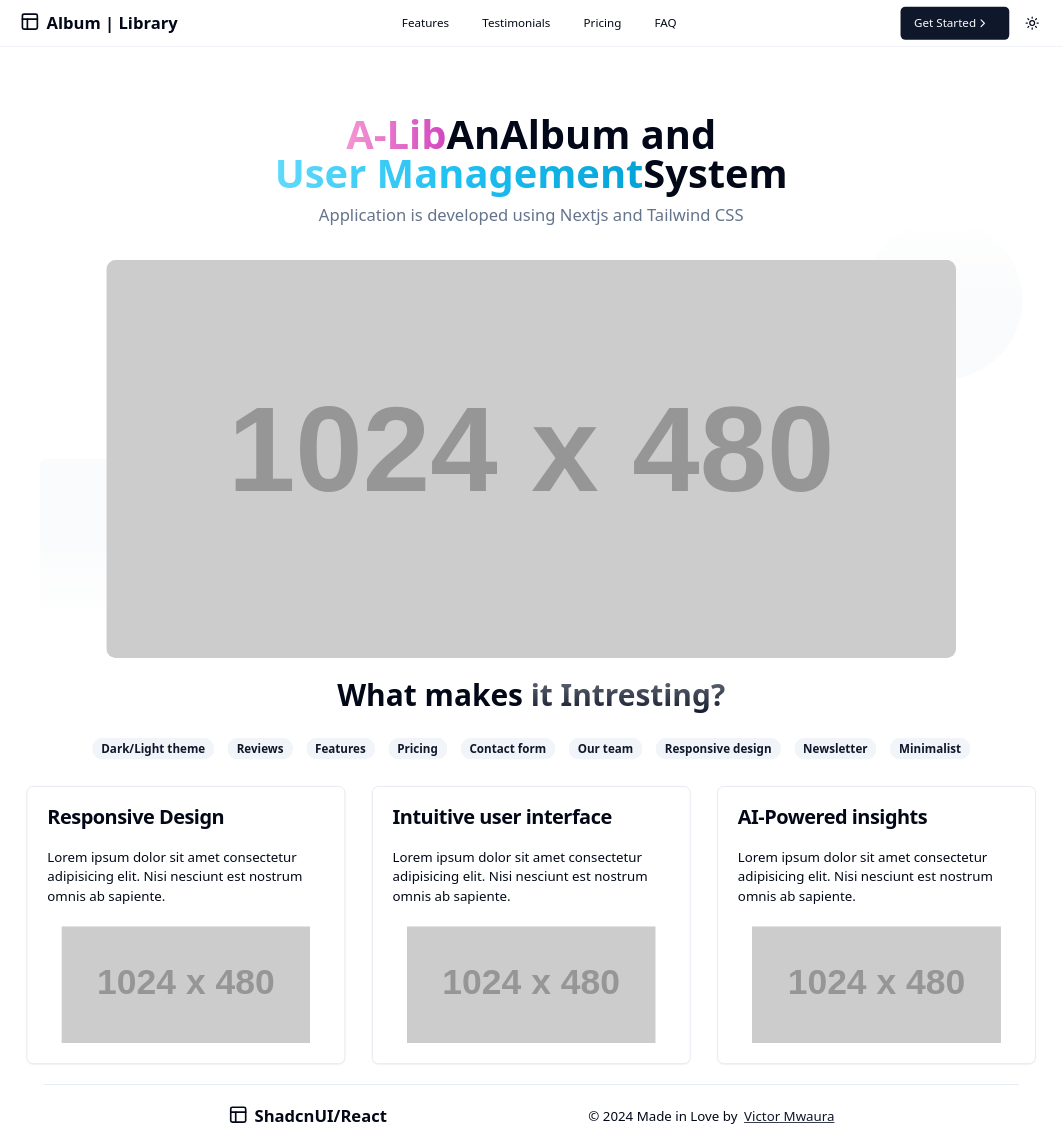
Repository: DevLaukey/savannah-informatics-test
Page: /
An editor plug-in stored every save of this project. The page is shown before and after the next save, followed by the edit.
The browser window is 1280 px wide. The pictures show the whole page, at 83% of full size.
The project was rebuilt for these pictures with package versions that can differ from the ones it lists, and the page was loaded fresh each time. The framework's server and built-in components were replaced by stand-ins that run in the browser. Also part of the build but not shown: next.config.mjs.

Above is the page before, as saved 2024-06-04 22:37:30.

### app/layout.jsx
import "./globals.css";
import { Inter as FontSans } from "next/font/google";

import { cn } from "@/lib/utils";
import { ThemeProvider } from "@/lib/theme-provider";

const fontSans = FontSans({
  subsets: ["latin"],
  variable: "--font-sans",
});

export default function RootLayout({ children }) {
  return (
    <html lang="en" suppressHydrationWarning>
      <head />
      <body
        className={cn(
          "min-h-screen bg-background font-sans antialiased",
          fontSans.variable
        )}
      >
        <ThemeProvider
          attribute="class"
          defaultTheme="system"
          enableSystem
          disableTransitionOnChange
        >
          {children}
        </ThemeProvider>
      </body>
    </html>
  );
}

### app/page.jsx
import Footer from "@/components/Footer";
import About from "@/components/landing-page/About";
import Hero from "@/components/landing-page/Hero";
import Navbar from "@/components/Navbar";
import ScrollToTop from "@/components/ScrollToTop";


// this is the landing page
export default function Home() {
  return (
    <>
      <Navbar />
      <Hero />
      <About />
      <Footer />
      <ScrollToTop />
    </>
  );
}

### components/Footer.jsx
import { LogoIcon } from "./Icons";

export const Footer = () => {
  return (
    <footer id="footer">
      <hr className="w-11/12 mx-auto" />

      <section className="container flex py-6 text-center items-center justify-evenly">
        <div className="col-span-full xl:col-span-2">
          <a
            rel="noreferrer noopener"
            href="/"
            className="font-bold text-xl flex"
          >
            <LogoIcon />
            ShadcnUI/React
          </a>
        </div>
        <h3>
          &copy; {new Date().getFullYear()} Made in Love by
          <a
            rel="noreferrer noopener"
            target="_blank"
            href="https://github.com/DevLaukey"
            className="text-primary ml-2 underline transition-all border-primary hover:border-b-2"
          >
            Victor Mwaura
          </a>
        </h3>
      </section>
    </footer>
  );
};

export default Footer;

### components/landing-page/About.jsx
import { Badge } from "@/components/ui/badge";
import {
  Card,
  CardContent,
  CardFooter,
  CardHeader,
  CardTitle,
} from "@/components/ui/card";

const features = [
  {
    title: "Responsive Design",
    description:
      "Lorem ipsum dolor sit amet consectetur adipisicing elit. Nisi nesciunt est nostrum omnis ab sapiente.",
    image: "https://placehold.co/1024x480",
  },
  {
    title: "Intuitive user interface",
    description:
      "Lorem ipsum dolor sit amet consectetur adipisicing elit. Nisi nesciunt est nostrum omnis ab sapiente.",
    image: "https://placehold.co/1024x480",
  },
  {
    title: "AI-Powered insights",
    description:
      "Lorem ipsum dolor sit amet consectetur adipisicing elit. Nisi nesciunt est nostrum omnis ab sapiente.",
    image: "https://placehold.co/1024x480",
  },
];

const featureList = [
  "Dark/Light theme",
  "Reviews",
  "Features",
  "Pricing",
  "Contact form",
  "Our team",
  "Responsive design",
  "Newsletter",
  "Minimalist",
];

export const About = () => {
  return (
    <section id="features" className="container py-4 sm:py-6 space-y-8">
      <h2 className="text-3xl lg:text-4xl font-bold md:text-center">

        What makes {""}
        <span className="bg-gradient-to-b from-primary/60 to-primary text-transparent bg-clip-text">
          it Intresting?
        </span>
      </h2>

      <div className="flex flex-wrap md:justify-center gap-4">
        {featureList.map((feature) => (
          <div key={feature}>
            <Badge variant="secondary" className="text-sm">
              {feature}
            </Badge>
          </div>
        ))}
      </div>

      <div className="grid md:grid-cols-2 lg:grid-cols-3 gap-8">
        {features.map(({ title, description, image }) => (
          <Card key={title}>
            <CardHeader>
              <CardTitle>{title}</CardTitle>
            </CardHeader>

            <CardContent>{description}</CardContent>

            <CardFooter>
              <img
                src={image}
                alt="About feature"
                className="w-[200px] lg:w-[300px] mx-auto"
              />
            </CardFooter>
          </Card>
        ))}
      </div>
    </section>
  );
};

export default About;

### components/landing-page/Hero.jsx
const Hero = () => {
  return (
    <>
      {/* Hero */}
      <div className="relative overflow-hidden pt-14 lg:pt-20">
        <div className="container">
          <div className="max-w-2xl text-center mx-auto">
            <main className="text-3xl md:text-5xl font-bold">
              <h1 className="inline-block">
                <span className="inline bg-gradient-to-r from-[#F596D3] to-[#D247BF] text-transparent bg-clip-text">
                  A-Lib
                </span>
                An
              </h1>
              Album and
              <h2 className="inline-block">
                <span className="inline bg-gradient-to-r from-[#61DAFB] via-[#1fc0f1] to-[#03a3d7] text-transparent bg-clip-text">
                  User Management
                </span>
                System
              </h2>
            </main>

            <p className="mt-3 text-xl text-muted-foreground">
              Application is developed using Nextjs and Tailwind CSS
            </p>
          </div>
          <div className="mt-10 relative max-w-5xl mx-auto">
            <img
              src="https://placehold.co/1024x480"
              className="rounded-xl"
              alt="Image Description"
            />
            <div className="absolute bottom-12 -start-20 -z-[1] w-48 h-48 bg-gradient-to-b from-primary-foreground via-primary-foreground to-background p-px rounded-lg">
              <div className="w-48 h-48 rounded-lg bg-background/10" />
            </div>
            <div className="absolute -top-12 -end-20 -z-[1] w-48 h-48 bg-gradient-to-t from-primary-foreground via-primary-foreground to-background p-px rounded-full">
              <div className="w-48 h-48 rounded-full bg-background/10" />
            </div>
          </div>
        </div>
      </div>
      {/* End Hero */}
    </>
  );
};

export default Hero;

### components/Navbar.jsx
"use client";
import React, { useState } from "react";
import {
  NavigationMenu,
  NavigationMenuItem,
  NavigationMenuList,
} from "@/components/ui/navigation-menu";
import {
  Sheet,
  SheetContent,
  SheetHeader,
  SheetTitle,
  SheetTrigger,
} from "@/components/ui/sheet";
import { Button, buttonVariants } from "./ui/button";
import { ChevronRight, Menu } from "lucide-react";
import ModeToggle from "./mode-toggle";
import { LogoIcon } from "./Icons";

const routeList = [
  {
    href: "#features",
    label: "Features",
  },
  {
    href: "#testimonials",
    label: "Testimonials",
  },
  {
    href: "#pricing",
    label: "Pricing",
  },
  {
    href: "#faq",
    label: "FAQ",
  },
];

const Navbar = () => {
  const [isOpen, setIsOpen] = useState(false);
  return (
    <header className="sticky border-b-[1px] top-0 z-40 w-full bg-white dark:border-b-slate-700 dark:bg-background">
      <NavigationMenu className="mx-auto">
        <NavigationMenuList className="container h-14 px-4 w-screen flex justify-between">
          <NavigationMenuItem className="font-bold flex">
            <a
              rel="noreferrer noopener"
              href="/"
              className="ml-2 font-bold text-xl flex"
            >
              <LogoIcon />
              Album | Library
            </a>
          </NavigationMenuItem>

          {/* mobile */}
          <span className="flex md:hidden">
            <ModeToggle />

            <Sheet open={isOpen} onOpenChange={setIsOpen}>
              <SheetTrigger className="px-2">
                <Menu
                  className="flex md:hidden h-5 w-5"
                  onClick={() => setIsOpen(true)}
                >
                  <span className="sr-only">Menu Icon</span>
                </Menu>
              </SheetTrigger>

              <SheetContent side={"left"}>
                <SheetHeader>
                  <SheetTitle className="font-bold text-xl">
                    Shadcn/React
                  </SheetTitle>
                </SheetHeader>
                <nav className="flex flex-col justify-center items-center gap-2 mt-4">
                  {routeList.map(({ href, label }) => (
                    <a
                      rel="noreferrer noopener"
                      key={label}
                      href={href}
                      onClick={() => setIsOpen(false)}
                      className={buttonVariants({ variant: "ghost" })}
                    >
                      {label}
                    </a>
                  ))}
                  <Button>
                    Get Started
                    <ChevronRight className="mr-2 h-4 w-4" />
                  </Button>
                </nav>
              </SheetContent>
            </Sheet>
          </span>

          {/* desktop */}
          <nav className="hidden md:flex gap-2">
            {routeList.map((route, i) => (
              <a
                rel="noreferrer noopener"
                href={route.href}
                key={i}
                className={`text-[17px] ${buttonVariants({
                  variant: "ghost",
                })}`}
              >
                {route.label}
              </a>
            ))}
          </nav>

          <div className="hidden md:flex gap-2">
            <Button>
              Get Started
              <ChevronRight className="mr-2 h-4 w-4" />
            </Button>
            <ModeToggle />
          </div>
        </NavigationMenuList>
      </NavigationMenu>
    </header>
  );
};
export default Navbar;

### components/ScrollToTop.jsx
"use client";
import { useState, useEffect } from "react";
import { Button } from "./ui/button";
import { ArrowUpToLine } from "lucide-react";

const ScrollToTop = () => {
  const [showTopBtn, setShowTopBtn] = useState(false);

  useEffect(() => {
    const handleScroll = () => {
      if (window.scrollY > 400) {
        setShowTopBtn(true);
      } else {
        setShowTopBtn(false);
      }
    };

    window.addEventListener("scroll", handleScroll);

    return () => {
      window.removeEventListener("scroll", handleScroll);
    };
  }, []);

  const goToTop = () => {
    window.scroll({
      top: 0,
      left: 0,
      behavior: "smooth", // Smooth scrolling added for better user experience
    });
  };

  return (
    <>
      {showTopBtn && (
        <Button
          onClick={goToTop}
          className="fixed bottom-4 right-4 opacity-90 shadow-md"
          size="icon"
        >
          <ArrowUpToLine className="h-4 w-4" />
        </Button>
      )}
    </>
  );
};

export default ScrollToTop;

### components/Icons.jsx
export const LogoIcon = () => {
  return (
    <svg
      xmlns="http://www.w3.org/2000/svg"
      viewBox="0 0 24 24"
      fill="none"
      stroke="currentColor"
      strokeWidth="2"
      strokeLinecap="round"
      strokeLinejoin="round"
      className="lucide lucide-panels-top-left mr-2 w-6 h-6"
    >
      <rect width="18" height="18" x="3" y="3" rx="2" />
      <path d="M3 9h18" />
      <path d="M9 21V9" />
    </svg>
  );
};

### components/ui/badge.jsx
import * as React from "react"
import { cva } from "class-variance-authority";

import { cn } from "@/lib/utils"

const badgeVariants = cva(
  "inline-flex items-center rounded-full border px-2.5 py-0.5 text-xs font-semibold transition-colors focus:outline-none focus:ring-2 focus:ring-ring focus:ring-offset-2",
  {
    variants: {
      variant: {
        default:
          "border-transparent bg-primary text-primary-foreground hover:bg-primary/80",
        secondary:
          "border-transparent bg-secondary text-secondary-foreground hover:bg-secondary/80",
        destructive:
          "border-transparent bg-destructive text-destructive-foreground hover:bg-destructive/80",
        outline: "text-foreground",
      },
    },
    defaultVariants: {
      variant: "default",
    },
  }
)

function Badge({
  className,
  variant,
  ...props
}) {
  return (<div className={cn(badgeVariants({ variant }), className)} {...props} />);
}

export { Badge, badgeVariants }

### components/ui/card.jsx
import * as React from "react"

import { cn } from "@/lib/utils"

const Card = React.forwardRef(({ className, ...props }, ref) => (
  <div
    ref={ref}
    className={cn("rounded-lg border bg-card text-card-foreground shadow-sm", className)}
    {...props} />
))
Card.displayName = "Card"

const CardHeader = React.forwardRef(({ className, ...props }, ref) => (
  <div
    ref={ref}
    className={cn("flex flex-col space-y-1.5 p-6", className)}
    {...props} />
))
CardHeader.displayName = "CardHeader"

const CardTitle = React.forwardRef(({ className, ...props }, ref) => (
  <h3
    ref={ref}
    className={cn("text-2xl font-semibold leading-none tracking-tight", className)}
    {...props} />
))
CardTitle.displayName = "CardTitle"

const CardDescription = React.forwardRef(({ className, ...props }, ref) => (
  <p
    ref={ref}
    className={cn("text-sm text-muted-foreground", className)}
    {...props} />
))
CardDescription.displayName = "CardDescription"

const CardContent = React.forwardRef(({ className, ...props }, ref) => (
  <div ref={ref} className={cn("p-6 pt-0", className)} {...props} />
))
CardContent.displayName = "CardContent"

const CardFooter = React.forwardRef(({ className, ...props }, ref) => (
  <div
    ref={ref}
    className={cn("flex items-center p-6 pt-0", className)}
    {...props} />
))
CardFooter.displayName = "CardFooter"

export { Card, CardHeader, CardFooter, CardTitle, CardDescription, CardContent }

### components/ui/sheet.jsx
"use client";
import * as React from "react"
import * as SheetPrimitive from "@radix-ui/react-dialog"
import { cva } from "class-variance-authority";
import { X } from "lucide-react"

import { cn } from "@/lib/utils"

const Sheet = SheetPrimitive.Root

const SheetTrigger = SheetPrimitive.Trigger

const SheetClose = SheetPrimitive.Close

const SheetPortal = SheetPrimitive.Portal

const SheetOverlay = React.forwardRef(({ className, ...props }, ref) => (
  <SheetPrimitive.Overlay
    className={cn(
      "fixed inset-0 z-50 bg-black/80  data-[state=open]:animate-in data-[state=closed]:animate-out data-[state=closed]:fade-out-0 data-[state=open]:fade-in-0",
      className
    )}
    {...props}
    ref={ref} />
))
SheetOverlay.displayName = SheetPrimitive.Overlay.displayName

const sheetVariants = cva(
  "fixed z-50 gap-4 bg-background p-6 shadow-lg transition ease-in-out data-[state=open]:animate-in data-[state=closed]:animate-out data-[state=closed]:duration-300 data-[state=open]:duration-500",
  {
    variants: {
      side: {
        top: "inset-x-0 top-0 border-b data-[state=closed]:slide-out-to-top data-[state=open]:slide-in-from-top",
        bottom:
          "inset-x-0 bottom-0 border-t data-[state=closed]:slide-out-to-bottom data-[state=open]:slide-in-from-bottom",
        left: "inset-y-0 left-0 h-full w-3/4 border-r data-[state=closed]:slide-out-to-left data-[state=open]:slide-in-from-left sm:max-w-sm",
        right:
          "inset-y-0 right-0 h-full w-3/4  border-l data-[state=closed]:slide-out-to-right data-[state=open]:slide-in-from-right sm:max-w-sm",
      },
    },
    defaultVariants: {
      side: "right",
    },
  }
)

const SheetContent = React.forwardRef(({ side = "right", className, children, ...props }, ref) => (
  <SheetPortal>
    <SheetOverlay />
    <SheetPrimitive.Content ref={ref} className={cn(sheetVariants({ side }), className)} {...props}>
      {children}
      <SheetPrimitive.Close
        className="absolute right-4 top-4 rounded-sm opacity-70 ring-offset-background transition-opacity hover:opacity-100 focus:outline-none focus:ring-2 focus:ring-ring focus:ring-offset-2 disabled:pointer-events-none data-[state=open]:bg-secondary">
        <X className="h-4 w-4" />
        <span className="sr-only">Close</span>
      </SheetPrimitive.Close>
    </SheetPrimitive.Content>
  </SheetPortal>
))
SheetContent.displayName = SheetPrimitive.Content.displayName

const SheetHeader = ({
  className,
  ...props
}) => (
  <div
    className={cn("flex flex-col space-y-2 text-center sm:text-left", className)}
    {...props} />
)
SheetHeader.displayName = "SheetHeader"

const SheetFooter = ({
  className,
  ...props
}) => (
  <div
    className={cn("flex flex-col-reverse sm:flex-row sm:justify-end sm:space-x-2", className)}
    {...props} />
)
SheetFooter.displayName = "SheetFooter"

const SheetTitle = React.forwardRef(({ className, ...props }, ref) => (
  <SheetPrimitive.Title
    ref={ref}
    className={cn("text-lg font-semibold text-foreground", className)}
    {...props} />
))
SheetTitle.displayName = SheetPrimitive.Title.displayName

const SheetDescription = React.forwardRef(({ className, ...props }, ref) => (
  <SheetPrimitive.Description
    ref={ref}
    className={cn("text-sm text-muted-foreground", className)}
    {...props} />
))
SheetDescription.displayName = SheetPrimitive.Description.displayName

export {
  Sheet,
  SheetPortal,
  SheetOverlay,
  SheetTrigger,
  SheetClose,
  SheetContent,
  SheetHeader,
  SheetFooter,
  SheetTitle,
  SheetDescription,
}

### components/ui/button.jsx
import * as React from "react"
import { Slot } from "@radix-ui/react-slot"
import { cva } from "class-variance-authority";

import { cn } from "@/lib/utils"

const buttonVariants = cva(
  "inline-flex items-center justify-center whitespace-nowrap rounded-md text-sm font-medium ring-offset-background transition-colors focus-visible:outline-none focus-visible:ring-2 focus-visible:ring-ring focus-visible:ring-offset-2 disabled:pointer-events-none disabled:opacity-50",
  {
    variants: {
      variant: {
        default: "bg-primary text-primary-foreground hover:bg-primary/90",
        destructive:
          "bg-destructive text-destructive-foreground hover:bg-destructive/90",
        outline:
          "border border-input bg-background hover:bg-accent hover:text-accent-foreground",
        secondary:
          "bg-secondary text-secondary-foreground hover:bg-secondary/80",
        ghost: "hover:bg-accent hover:text-accent-foreground",
        link: "text-primary underline-offset-4 hover:underline",
      },
      size: {
        default: "h-10 px-4 py-2",
        sm: "h-9 rounded-md px-3",
        lg: "h-11 rounded-md px-8",
        icon: "h-10 w-10",
      },
    },
    defaultVariants: {
      variant: "default",
      size: "default",
    },
  }
)

const Button = React.forwardRef(({ className, variant, size, asChild = false, ...props }, ref) => {
  const Comp = asChild ? Slot : "button"
  return (
    (<Comp
      className={cn(buttonVariants({ variant, size, className }))}
      ref={ref}
      {...props} />)
  );
})
Button.displayName = "Button"

export { Button, buttonVariants }

### components/mode-toggle.jsx
import React from "react";
import { Button } from "@/components/ui/button";
import {
  DropdownMenu,
  DropdownMenuContent,
  DropdownMenuItem,
  DropdownMenuTrigger,
} from "@/components/ui/dropdown-menu";
import { useTheme } from "@/lib/theme-provider";
import { Moon, Sun } from "lucide-react";

export default function ModeToggle() {
  const { setTheme } = useTheme();

  return (
    <DropdownMenu>
      <DropdownMenuTrigger asChild>
        <Button variant="ghost" size="icon" className="ghost">
          <Sun className="h-[1.1rem] w-[1.2rem] rotate-0 scale-100 transition-all dark:-rotate-90 dark:scale-0" />
          <Moon className="absolute h-[1.1rem] w-[1.2rem] rotate-90 scale-0 transition-all dark:rotate-0 dark:scale-100" />
          <span className="sr-only">Toggle theme</span>
        </Button>
      </DropdownMenuTrigger>
      <DropdownMenuContent align="end">
        <DropdownMenuItem onClick={() => setTheme("light")}>
          Light
        </DropdownMenuItem>
        <DropdownMenuItem onClick={() => setTheme("dark")}>
          Dark
        </DropdownMenuItem>
        <DropdownMenuItem onClick={() => setTheme("system")}>
          System
        </DropdownMenuItem>
      </DropdownMenuContent>
    </DropdownMenu>
  );
}

Loaded but not shown: app/globals.css (common file); lib/utils.js (common file); tailwind.config.js (82 lines, source omitted); lib/theme-provider.js (60 lines, source omitted); components/ui/dropdown-menu.jsx (157 lines, source omitted); components/ui/navigation-menu.jsx (104 lines, source omitted)

After the next save:
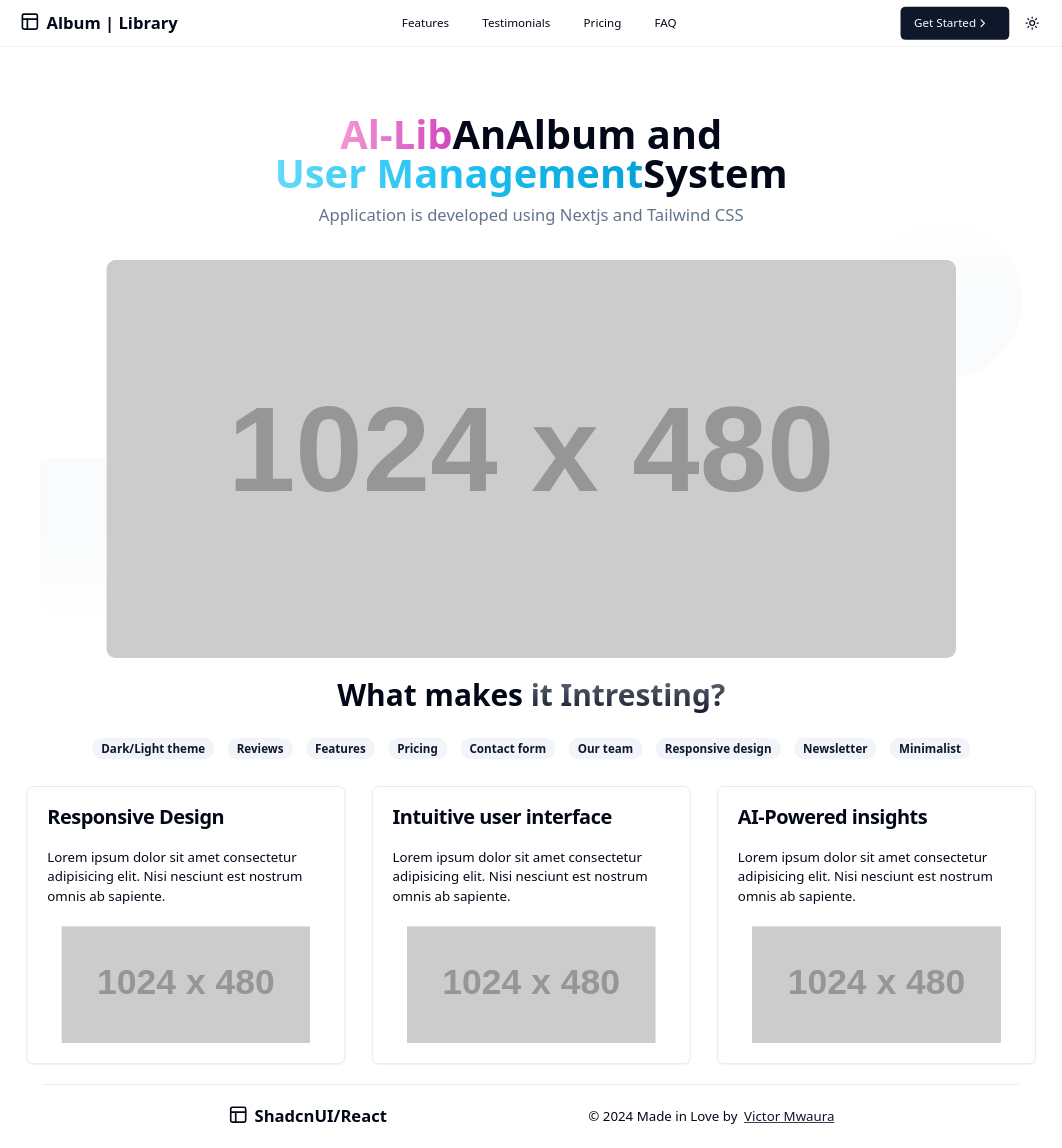
Saved 10 s later.
--- a/components/landing-page/Hero.jsx
+++ b/components/landing-page/Hero.jsx
@@ -8,7 +8,7 @@ const Hero = () => {
             <main className="text-3xl md:text-5xl font-bold">
               <h1 className="inline-block">
                 <span className="inline bg-gradient-to-r from-[#F596D3] to-[#D247BF] text-transparent bg-clip-text">
-                  A-Lib
+                  Al-Lib
                 </span>
                 An
               </h1>
